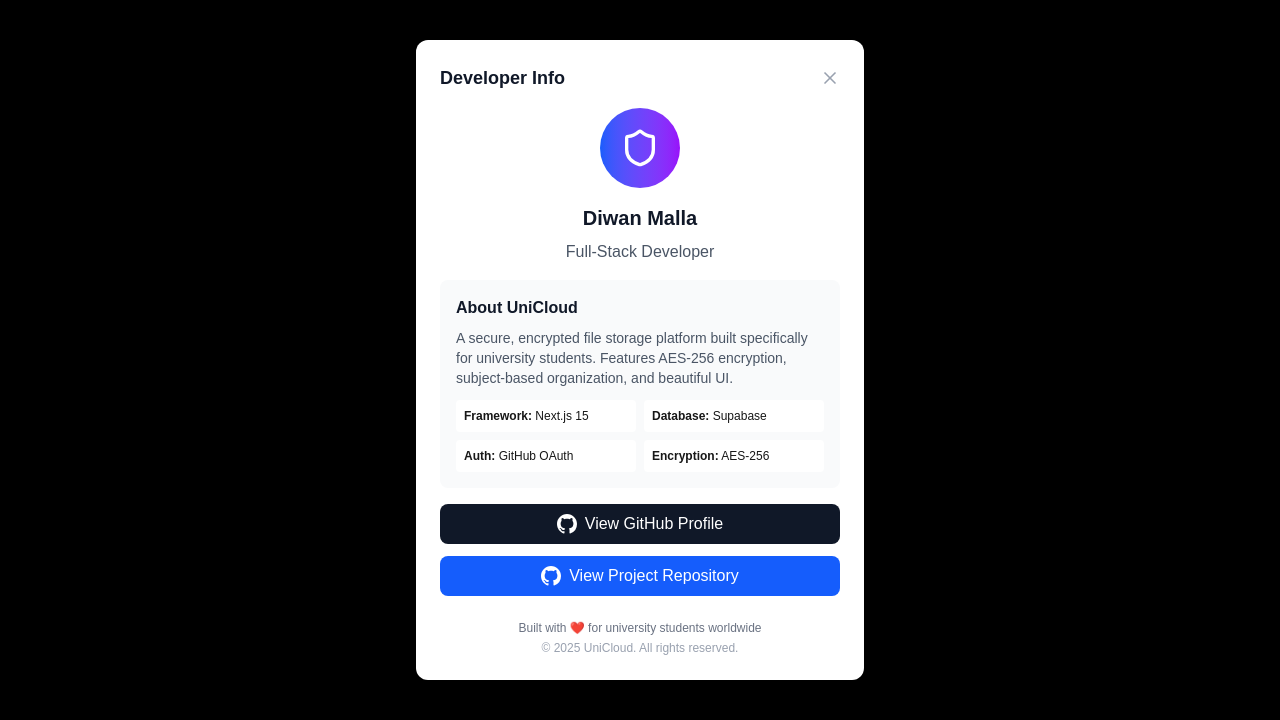
Repository: DiwanMalla/UniCloud
Page: /auth/signin, after clicking the first element matching `button.fixed`
The author's editor kept a copy of each file at every save. The page is drawn from the files as they stood at one save, then again after the next save.
The browser window is 1280 px wide. The pictures show the whole page.
The page's requests for data from a server got no answer. The project was rebuilt for these pictures with package versions that can differ from the ones it lists, and the page was loaded fresh each time. The framework's server and built-in components were replaced by stand-ins that run in the browser. No one was signed in, and anything a server would have sent is missing. Also part of the build but not shown: next.config.ts.

Above is the page before, as saved 2025-08-31 16:06:10.

### src/app/layout.tsx
import type { Metadata } from "next";
import { Geist, Geist_Mono } from "next/font/google";
import "./globals.css";
import { AuthProvider } from "@/components/AuthProvider";

const geistSans = Geist({
  variable: "--font-geist-sans",
  subsets: ["latin"],
});

const geistMono = Geist_Mono({
  variable: "--font-geist-mono",
  subsets: ["latin"],
});

export const metadata: Metadata = {
  title: "UniCloud - Secure University File Storage",
  description:
    "Secure, encrypted cloud storage platform for university students. Organize assignments, notes, and academic resources with subject-based folders and military-grade encryption.",
  keywords:
    "university, file storage, secure, encrypted, academic, assignments, cloud storage, student, education",
  authors: [{ name: "UniCloud Team" }],
  openGraph: {
    title: "UniCloud - Secure University File Storage",
    description:
      "Secure, encrypted cloud storage for university files and assignments",
    type: "website",
  },
  robots: "index, follow",
};

export default function RootLayout({
  children,
}: Readonly<{
  children: React.ReactNode;
}>) {
  return (
    <html lang="en">
      <body
        className={`${geistSans.variable} ${geistMono.variable} antialiased`}
      >
        <AuthProvider>{children}</AuthProvider>
      </body>
    </html>
  );
}

### src/app/auth/signin/page.tsx
"use client";

import { signIn, getProviders } from "next-auth/react";
import { useState, useEffect } from "react";
import { Github, Shield, X } from "lucide-react";

interface Provider {
  id: string;
  name: string;
  type: string;
  signinUrl: string;
  callbackUrl: string;
}

export default function SignIn() {
  const [providers, setProviders] = useState<Record<string, Provider> | null>(
    null
  );
  const [showDeveloperModal, setShowDeveloperModal] = useState(false);

  useEffect(() => {
    const setAuthProviders = async () => {
      const res = await getProviders();
      setProviders(res);
    };
    setAuthProviders();
  }, []);

  return (
    <div className="min-h-screen flex items-center justify-center bg-gray-50">
      {/* Developer Button - Fixed Position */}
      <button
        onClick={() => setShowDeveloperModal(true)}
        className="fixed top-4 right-4 bg-gradient-to-r from-purple-600 to-blue-600 hover:from-purple-700 hover:to-blue-700 text-white px-4 py-2 rounded-lg transition-all transform hover:scale-105 shadow-lg flex items-center gap-2 z-10"
        title="Developer Info"
      >
        <Shield className="w-4 h-4" />
        Developer
      </button>

      <div className="max-w-md w-full space-y-8">
        <div>
          <h2 className="mt-6 text-center text-3xl font-extrabold text-gray-900">
            Secure University File Storage
          </h2>
          <p className="mt-2 text-center text-sm text-gray-600">
            Store your university files securely in the cloud
          </p>
        </div>
        <div className="mt-8 space-y-6">
          {providers &&
            Object.values(providers).map((provider: Provider) => (
              <div key={provider.name}>
                <button
                  onClick={() => signIn(provider.id, { callbackUrl: "/" })}
                  className="group relative w-full flex justify-center py-2 px-4 border border-transparent text-sm font-medium rounded-md text-white bg-gray-800 hover:bg-gray-700 focus:outline-none focus:ring-2 focus:ring-offset-2 focus:ring-gray-500"
                >
                  <Github className="w-5 h-5 mr-2" />
                  Sign in with {provider.name}
                </button>
              </div>
            ))}
        </div>
        <div className="mt-6">
          <div className="relative">
            <div className="absolute inset-0 flex items-center">
              <div className="w-full border-t border-gray-300" />
            </div>
            <div className="relative flex justify-center text-sm">
              <span className="px-2 bg-gray-50 text-gray-500">
                Free & Secure Cloud Storage
              </span>
            </div>
          </div>
        </div>
      </div>

      {/* Developer Info Modal */}
      {showDeveloperModal && (
        <div className="fixed inset-0 bg-black bg-opacity-50 flex items-center justify-center z-50">
          <div className="bg-white rounded-xl p-6 w-full max-w-md mx-4">
            <div className="flex justify-between items-center mb-4">
              <h3 className="text-lg font-semibold text-gray-900">Developer Info</h3>
              <button
                onClick={() => setShowDeveloperModal(false)}
                className="text-gray-400 hover:text-gray-600"
              >
                <X className="w-5 h-5" />
              </button>
            </div>
            <div className="space-y-4">
              <div className="text-center">
                <div className="bg-gradient-to-r from-blue-600 to-purple-600 rounded-full w-20 h-20 mx-auto mb-4 flex items-center justify-center">
                  <Shield className="w-10 h-10 text-white" />
                </div>
                <h4 className="text-xl font-bold text-gray-900 mb-2">Diwan Malla</h4>
                <p className="text-gray-600 mb-4">Full-Stack Developer</p>
              </div>

              <div className="bg-gray-50 rounded-lg p-4">
                <h5 className="font-semibold text-gray-900 mb-2">About UniCloud</h5>
                <p className="text-sm text-gray-600 mb-3">
                  A secure, encrypted file storage platform built specifically for university students.
                  Features AES-256 encryption, subject-based organization, and beautiful UI.
                </p>
                <div className="grid grid-cols-2 gap-2 text-xs">
                  <div className="bg-white rounded p-2">
                    <strong>Framework:</strong> Next.js 15
                  </div>
                  <div className="bg-white rounded p-2">
                    <strong>Database:</strong> Supabase
                  </div>
                  <div className="bg-white rounded p-2">
                    <strong>Auth:</strong> GitHub OAuth
                  </div>
                  <div className="bg-white rounded p-2">
                    <strong>Encryption:</strong> AES-256
                  </div>
                </div>
              </div>

              <div className="space-y-3">
                <a
                  href="https://github.com/DiwanMalla"
                  target="_blank"
                  rel="noopener noreferrer"
                  className="flex items-center justify-center w-full bg-gray-900 text-white py-2 rounded-lg hover:bg-gray-800 transition-colors"
                >
                  <svg className="w-5 h-5 mr-2" fill="currentColor" viewBox="0 0 24 24">
                    <path d="M12 0C5.37 0 0 5.37 0 12c0 5.31 3.435 9.795 8.205 11.385.6.105.825-.255.825-.57 0-.285-.015-1.23-.015-2.235-3.015.555-3.795-.735-4.035-1.41-.135-.345-.72-1.41-1.23-1.695-.42-.225-1.02-.78-.015-.795.945-.015 1.62.87 1.845 1.23 1.08 1.815 2.805 1.305 3.495.99.105-.78.42-1.305.765-1.605-2.67-.3-5.46-1.335-5.46-5.925 0-1.305.465-2.385 1.23-3.225-.12-.3-.54-1.53.12-3.18 0 0 1.005-.315 3.3 1.23.96-.27 1.98-.405 3-.405s2.04.135 3 .405c2.295-1.56 3.3-1.23 3.3-1.23.66 1.65.24 2.88.12 3.18.765.84 1.23 1.905 1.23 3.225 0 4.605-2.805 5.625-5.475 5.925.435.375.81 1.095.81 2.22 0 1.605-.015 2.895-.015 3.3 0 .315.225.69.825.57A12.02 12.02 0 0024 12c0-6.63-5.37-12-12-12z"/>
                  </svg>
                  View GitHub Profile
                </a>
                <a
                  href="https://github.com/DiwanMalla/UniCloud"
                  target="_blank"
                  rel="noopener noreferrer"
                  className="flex items-center justify-center w-full bg-blue-600 text-white py-2 rounded-lg hover:bg-blue-700 transition-colors"
                >
                  <svg className="w-5 h-5 mr-2" fill="currentColor" viewBox="0 0 24 24">
                    <path d="M12 0C5.37 0 0 5.37 0 12c0 5.31 3.435 9.795 8.205 11.385.6.105.825-.255.825-.57 0-.285-.015-1.23-.015-2.235-3.015.555-3.795-.735-4.035-1.41-.135-.345-.72-1.41-1.23-1.695-.42-.225-1.02-.78-.015-.795.945-.015 1.62.87 1.845 1.23 1.08 1.815 2.805 1.305 3.495.99.105-.78.42-1.305.765-1.605-2.67-.3-5.46-1.335-5.46-5.925 0-1.305.465-2.385 1.23-3.225-.12-.3-.54-1.53.12-3.18 0 0 1.005-.315 3.3 1.23.96-.27 1.98-.405 3-.405s2.04.135 3 .405c2.295-1.56 3.3-1.23 3.3-1.23.66 1.65.24 2.88.12 3.18.765.84 1.23 1.905 1.23 3.225 0 4.605-2.805 5.625-5.475 5.925.435.375.81 1.095.81 2.22 0 1.605-.015 2.895-.015 3.3 0 .315.225.69.825.57A12.02 12.02 0 0024 12c0-6.63-5.37-12-12-12z"/>
                  </svg>
                  View Project Repository
                </a>
              </div>

              <div className="text-center pt-2">
                <p className="text-xs text-gray-500">
                  Built with ❤️ for university students worldwide
                </p>
                <p className="text-xs text-gray-400 mt-1">
                  © 2025 UniCloud. All rights reserved.
                </p>
              </div>
            </div>
          </div>
        </div>
      )}
    </div>
  );
}

Loaded but not shown: src/app/globals.css (common file); src/components/AuthProvider.tsx (common file)

After the next save:
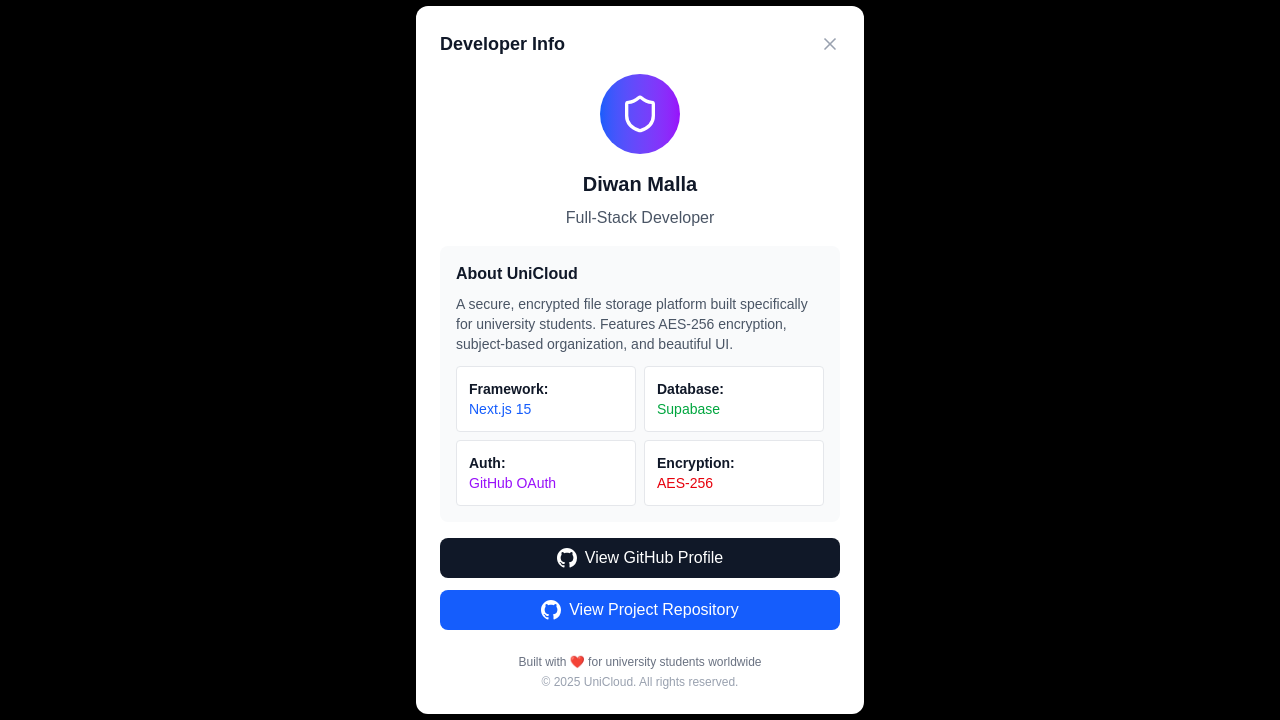
Saved 14 s later.
--- a/src/app/auth/signin/page.tsx
+++ b/src/app/auth/signin/page.tsx
@@ -103,18 +103,22 @@
                   A secure, encrypted file storage platform built specifically for university students.
                   Features AES-256 encryption, subject-based organization, and beautiful UI.
                 </p>
-                <div className="grid grid-cols-2 gap-2 text-xs">
-                  <div className="bg-white rounded p-2">
-                    <strong>Framework:</strong> Next.js 15
+                <div className="grid grid-cols-2 gap-2 text-sm">
+                  <div className="bg-white rounded p-3 border border-gray-200">
+                    <div className="font-semibold text-gray-900">Framework:</div>
+                    <div className="text-blue-600 font-medium">Next.js 15</div>
                   </div>
-                  <div className="bg-white rounded p-2">
-                    <strong>Database:</strong> Supabase
+                  <div className="bg-white rounded p-3 border border-gray-200">
+                    <div className="font-semibold text-gray-900">Database:</div>
+                    <div className="text-green-600 font-medium">Supabase</div>
                   </div>
-                  <div className="bg-white rounded p-2">
-                    <strong>Auth:</strong> GitHub OAuth
+                  <div className="bg-white rounded p-3 border border-gray-200">
+                    <div className="font-semibold text-gray-900">Auth:</div>
+                    <div className="text-purple-600 font-medium">GitHub OAuth</div>
                   </div>
-                  <div className="bg-white rounded p-2">
-                    <strong>Encryption:</strong> AES-256
+                  <div className="bg-white rounded p-3 border border-gray-200">
+                    <div className="font-semibold text-gray-900">Encryption:</div>
+                    <div className="text-red-600 font-medium">AES-256</div>
                   </div>
                 </div>
               </div>
